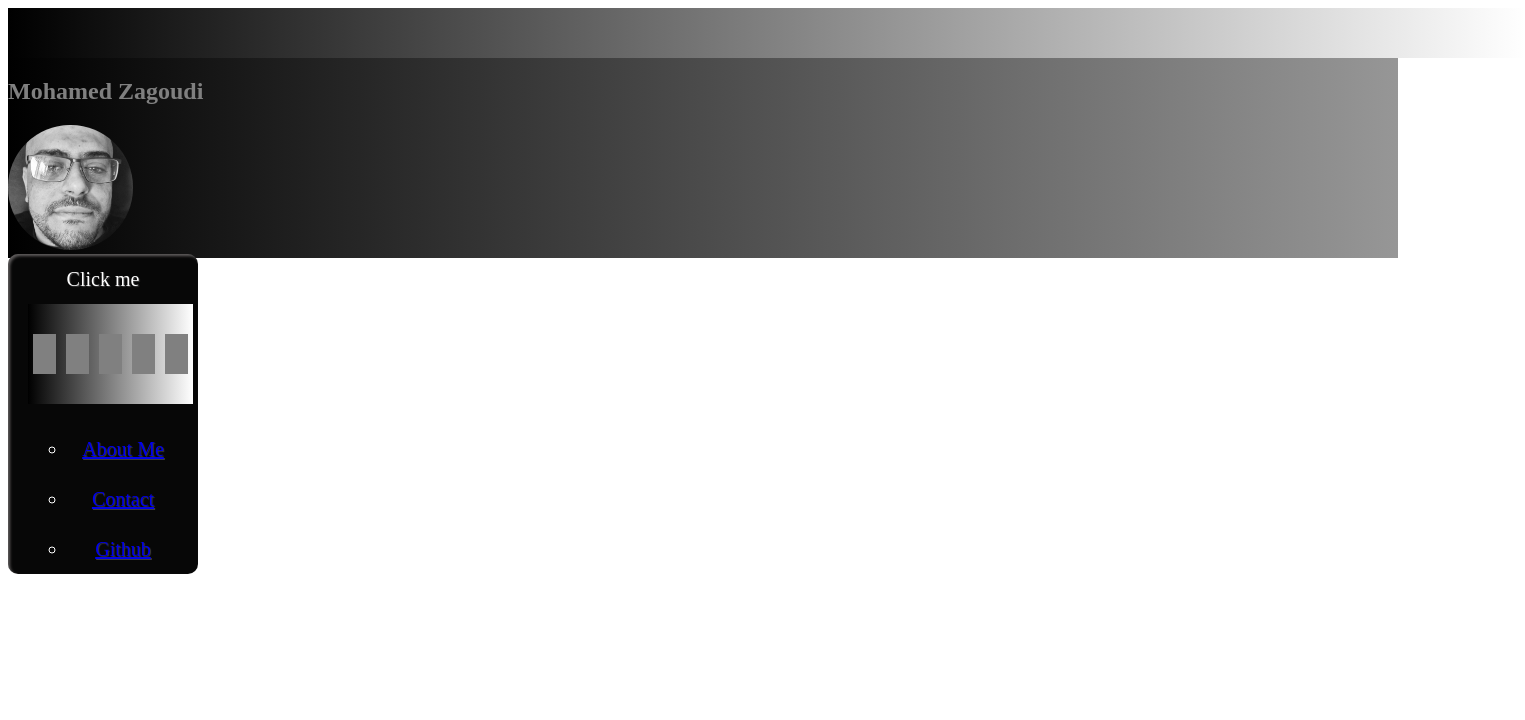
Repository: Mohzagou/Eersteportofolio
Page: index.html
An editor plug-in stored every save of this project. The page is shown before and after the next save, followed by the edit.
The browser window is 1280 px wide. The page is 1525 px wide, so the pictures cover 1525 px, including what lies to the right of the window. The pictures show the whole page.

Above is the page before, as saved 2022-06-07 23:55:02.

After the next save:
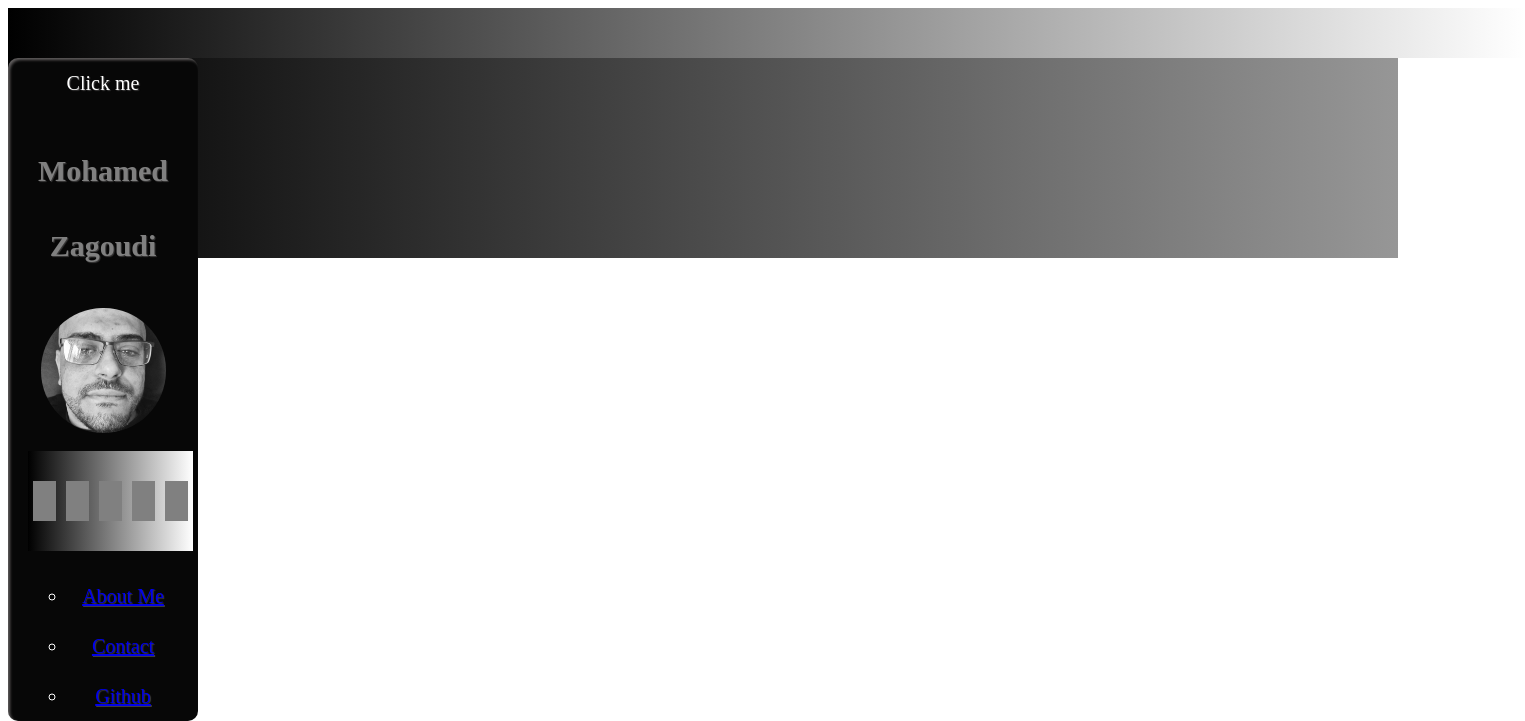
Saved 45 s later.
--- a/index.html
+++ b/index.html
@@ -12,9 +12,10 @@
 
     <header></header>
     <div class="about-me">
-        <h2 id="name">Mohamed Zagoudi</h2>
-        <img class="avatar" src="images/67gwzvy.jpeg" alt="Mohamed Zagoudi headshot">
         <div class="button">Click me</button>
+            <h2 id="name">Mohamed Zagoudi</h2>
+            <img class="avatar" src="images/67gwzvy.jpeg" alt="Mohamed Zagoudi headshot">
+
 
 
             <section>

After the save that followed:
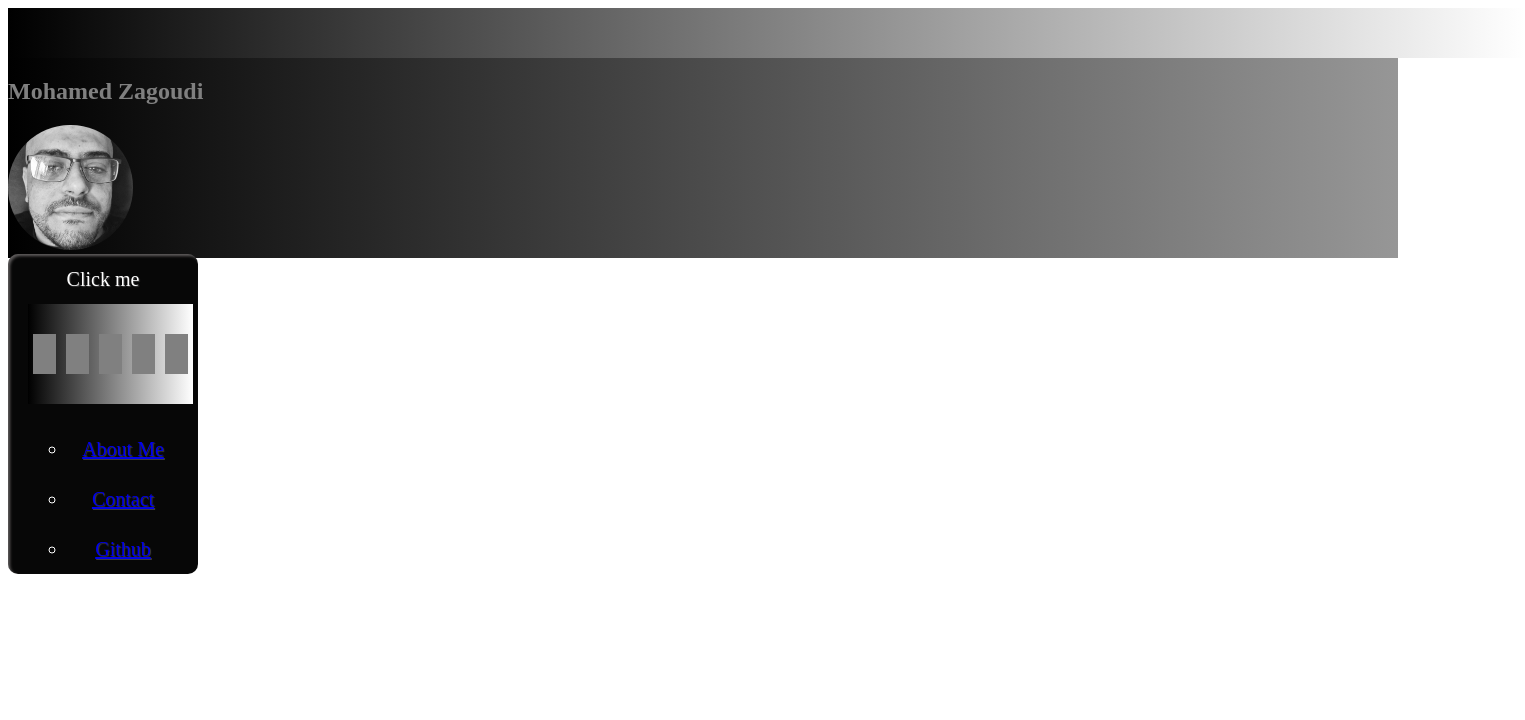
Saved 43 s later.
--- a/index.html
+++ b/index.html
@@ -12,10 +12,9 @@
 
     <header></header>
     <div class="about-me">
+        <h2 id="name">Mohamed Zagoudi</h2>
+        <img class="avatar" src="images/67gwzvy.jpeg" alt="Mohamed Zagoudi headshot">
         <div class="button">Click me</button>
-            <h2 id="name">Mohamed Zagoudi</h2>
-            <img class="avatar" src="images/67gwzvy.jpeg" alt="Mohamed Zagoudi headshot">
-
 
 
             <section>
